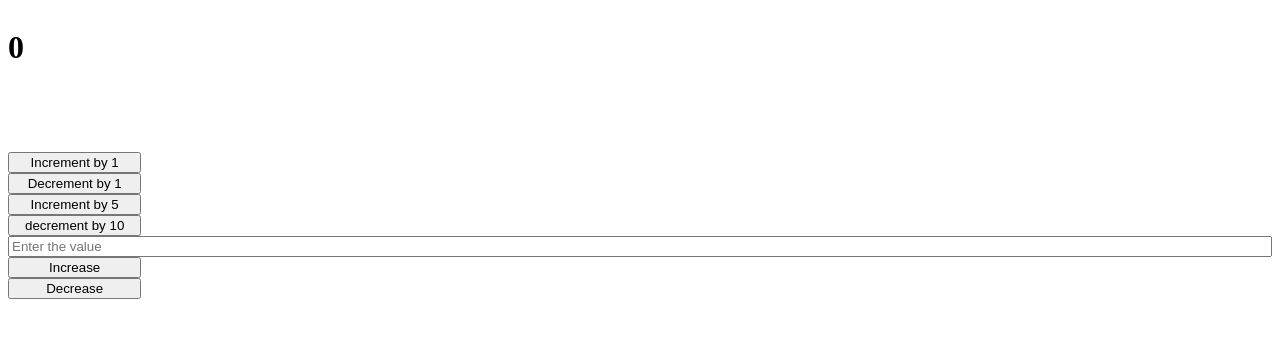
Repository: drumsmanku/micro-project-2
Page: index.html
The author's editor kept a copy of each file at every save. The page is drawn from the files as they stood at one save, then again after the next save.
The browser window is 1280 px wide. The pictures show the whole page.

Above is the page before, as saved 2023-04-07 19:34:57.

After the next save:
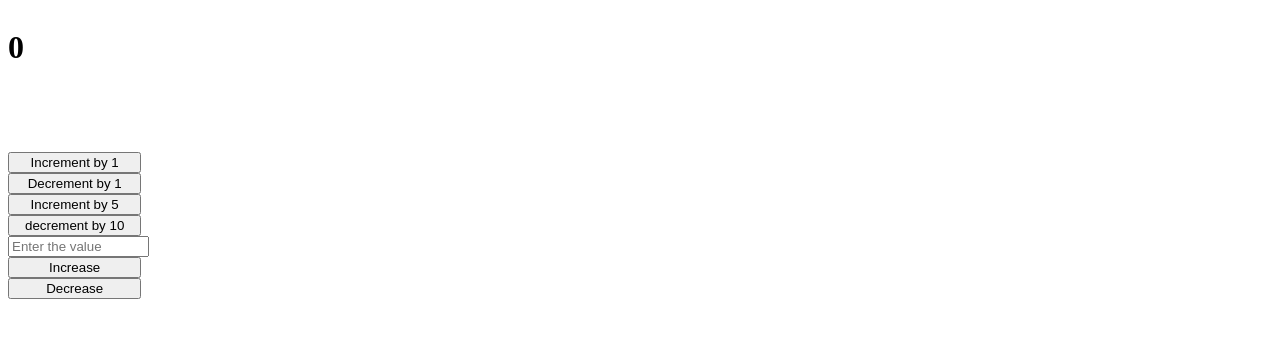
Saved 18 s later.
--- a/style.css
+++ b/style.css
@@ -27,6 +27,6 @@
   flex-direction: column;
 }
 
-.second-second-part button{
+.second-second-part button,input{
   width: 10em;
 }
